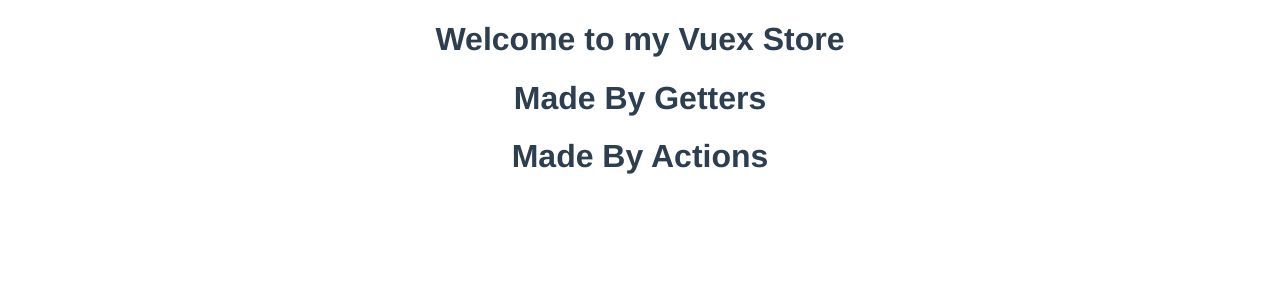
Repository: HaoMiffy/Vue3-compositionAPI-vuex-axios
Page: /
These files come from the project's save history. The page is drawn as it stood at one moment and after the next save; the edit follows.
The browser window is 1280 px wide. The pictures show the whole page.
The project was rebuilt for these pictures with package versions that can differ from the ones it lists, and the page was loaded fresh each time. Also part of the build but not shown: vue.config.js, src/components/HelloWorld.vue, src/views/HomeView.vue.

Above is the page before, as saved 2022-12-13 15:57:03.

### src/main.js
import { createApp } from 'vue'
import App from './App.vue'
import router from './router'
import store from './store'
import axios from 'axios'
import VueAxios from 'vue-axios'



createApp(App).use(VueAxios, axios).use(store).use(router).mount('#app')

### src/App.vue
<template>
  <div class="hello">
    <h1>{{ msg }}</h1>
    <h2>{{title}}</h2>
    <h1>Made By Getters</h1>
    <div v-for="user in getUsers" :key="user.id">
      {{ user.id }} {{ user.name }}
    </div>
    <h1>Made By Actions</h1>
    <div v-for="user in users" :key="user.id">
      {{ user.id }} {{ user.name }}
    </div>
  </div>
</template>

<script setup>
import { ref, onMounted, computed } from "vue";
import { useStore } from "vuex";
const store = useStore();
const msg = ref("Welcome to my Vuex Store");
const getUsers = computed(() => {
  return store.getters.getUsers;
});
const users = computed(() => {
  return store.state.users;
});
onMounted(() => {
  store.dispatch("fetchUsers");
});
</script>





<style>
#app {
  font-family: Avenir, Helvetica, Arial, sans-serif;
  -webkit-font-smoothing: antialiased;
  -moz-osx-font-smoothing: grayscale;
  text-align: center;
  color: #2c3e50;
}

nav {
  padding: 30px;
}

nav a {
  font-weight: bold;
  color: #2c3e50;
}

nav a.router-link-exact-active {
  color: #42b983;
}
</style>

### src/store/index.js
import { createStore } from 'vuex'
import axios from 'axios'



export default createStore({
  state: {
    users:[]
  },
  getters: {
    getUsers: (state) => state.users,
  },
  actions: {
    async fetchUsers({ commit }) {
      try {
        const data = await axios.get(
          "/data.json"
        );
        commit("SET_USERS", data.data);
      } catch (error) {
        alert(error);
        console.log(error);
      }
    },
  },
  //to handle mutations
  mutations: {
    SET_USERS(state, users) {
      state.users = users;
    },
  },
  modules: {
  }
})

### public/data.json
{
    "title":"table",
    "users":[
        {
            "id":1,
            "name":"Max"
        },
        {
            "id":2,
            "name":"Joy"
        },
        {
            "id":3,
            "name":"Josh"
        }
    ],
    "posts":[
        {
            "title":1
        },
        {
            "title":2
        },
        {
            "title":3
        }
    ]
}

Loaded but not shown: public/index.html (common file); src/router/index.js (common file)

After the next save:
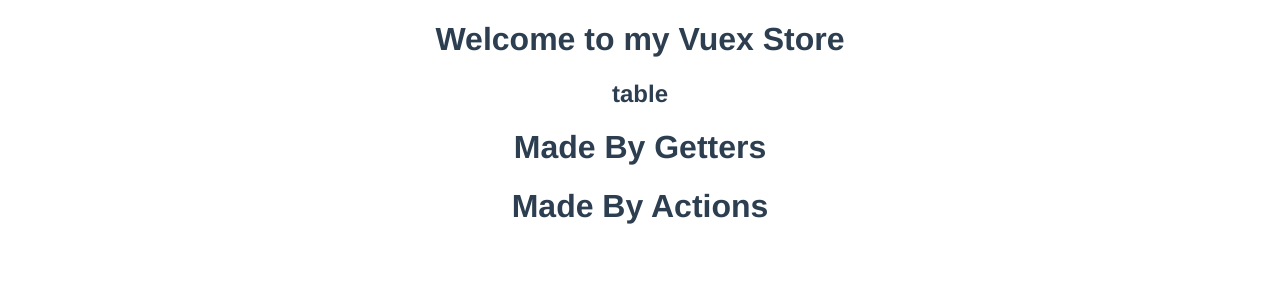
Saved 16 s later.
--- a/src/App.vue
+++ b/src/App.vue
@@ -1,7 +1,7 @@
 <template>
   <div class="hello">
     <h1>{{ msg }}</h1>
-    <h2>{{title}}</h2>
+    <h2>{{users.title}}</h2>
     <h1>Made By Getters</h1>
     <div v-for="user in getUsers" :key="user.id">
       {{ user.id }} {{ user.name }}
